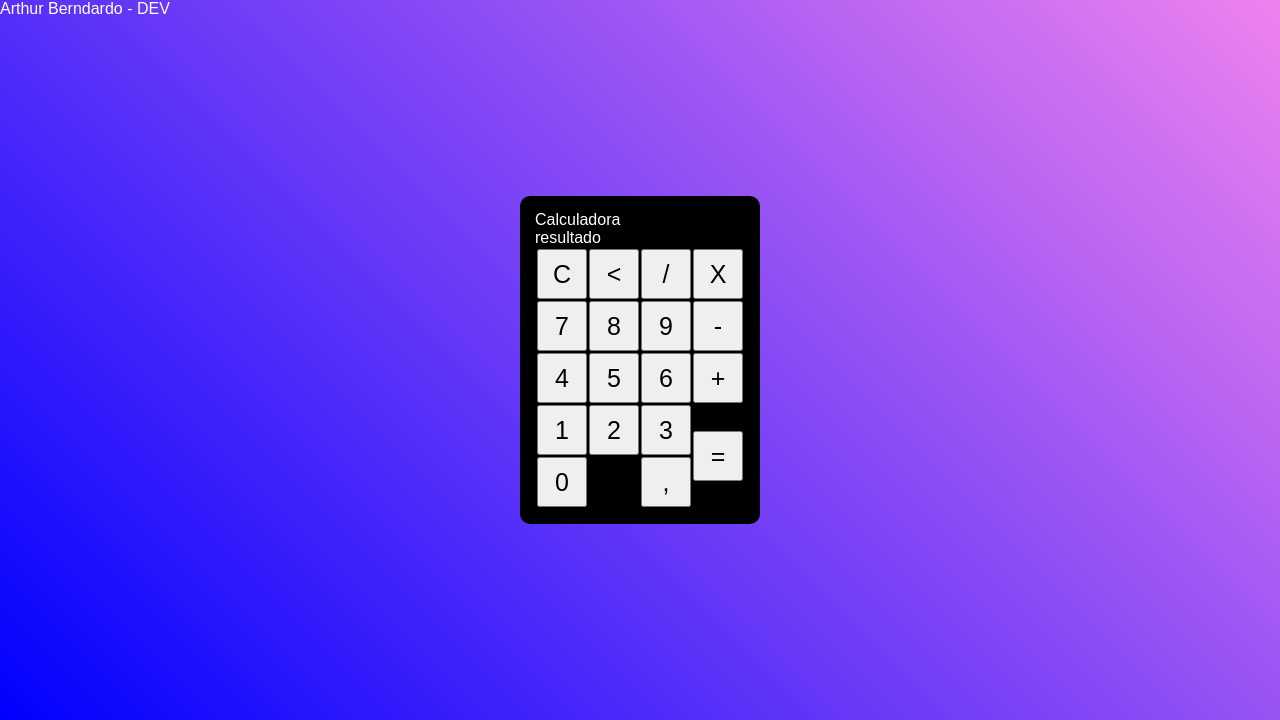
Repository: oThurDev/calculadora
Page: calculadora.html
These files come from the project's save history. The page is drawn as it stood at one moment and after the next save; the edit follows.
The browser window is 1280 px wide. The pictures show the whole page.

Above is the page before, as saved 2022-02-25 15:38:01.

After the next save:
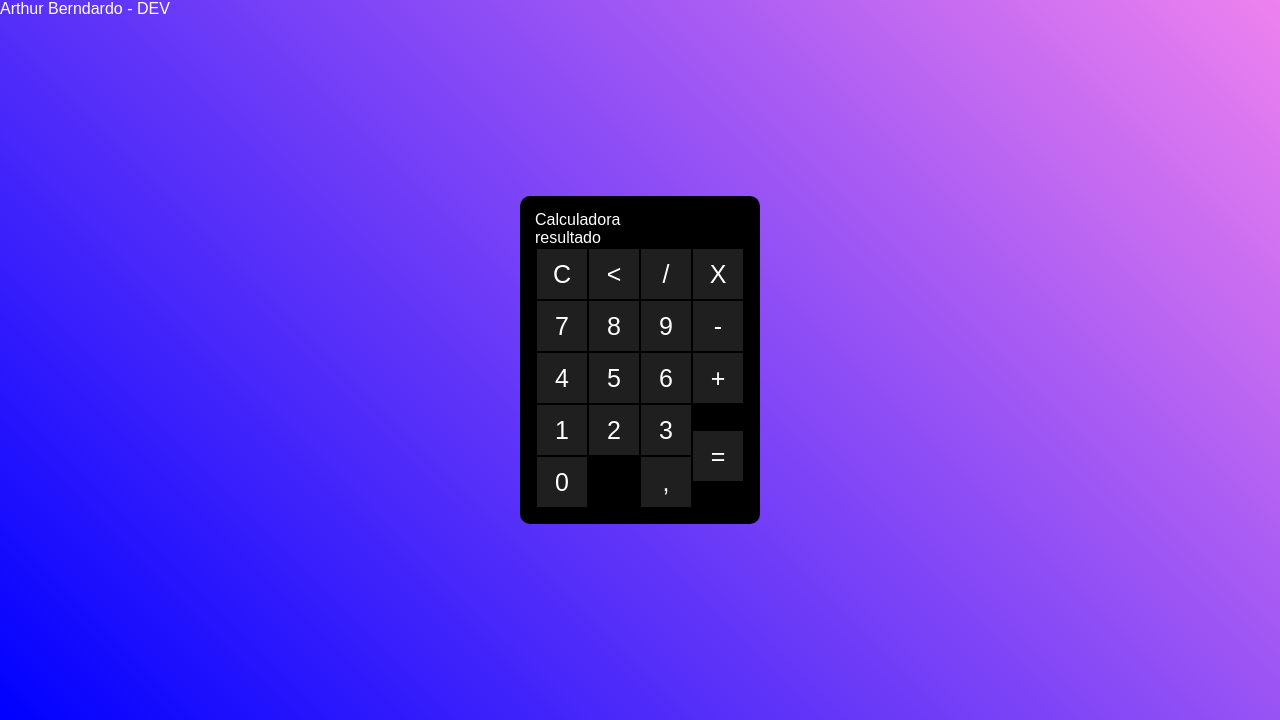
Saved 51 s later.
--- a/style_calculadora.css
+++ b/style_calculadora.css
@@ -25,4 +25,7 @@
     height: 50px;
     font-size: 25px;
     cursor: pointer;
+    background-color: rgb(31, 31, 31);
+    border: none;
+    color: white;
 }
